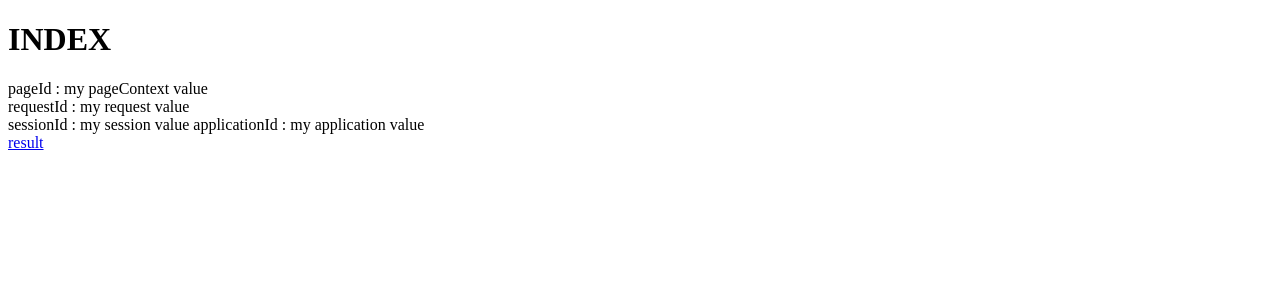
Repository: charamee/Web_kh
Page: http://localhost/Jsp06_Scope/
The author's editor kept a copy of each file at every save. The page is drawn from the files as they stood at one save, then again after the next save.
The browser window is 1280 px wide. The pictures show the whole page.
The page is served by Tomcat 9. Other server files are loaded and not shown.

Above is the page before, as saved 2021-02-23 04:56:49.

### Workspace_WEB/Jsp06_Scope/WebContent/index.jsp
<%@ page language="java" contentType="text/html; charset=UTF-8"
    pageEncoding="UTF-8"%>
<% request.setCharacterEncoding("UTF-8"); %>
<% response.setContentType("text/html; charset=UTF-8"); %>
<!DOCTYPE html>
<html>
<head>
<meta charset="UTF-8">
<title>Insert title here</title>
</head>
<body>
<%
	pageContext.setAttribute("pageId", "my pageContext value");
	request.setAttribute("requestId","my request value");
	session.setAttribute("sessionId", "my session value");
	application.setAttribute("applicationId", "my application value");

%>
	<h1>INDEX</h1>

	pageId : <%=pageContext.getAttribute("pageId") %><br>
	requestId : <%=request.getAttribute("requestId") %> <br>
	sessionId : <%=session.getAttribute("sessionId") %>
	applicationId : <%=application.getAttribute("applicationId") %> <br>

	<a href="result.jsp">result</a>


</body>
</html>

After the next save:
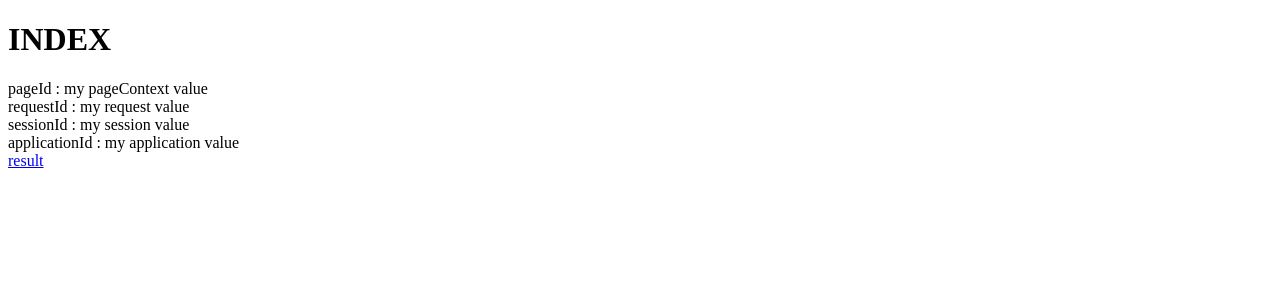
Saved 6 s later.
--- a/Workspace_WEB/Jsp06_Scope/WebContent/index.jsp
+++ b/Workspace_WEB/Jsp06_Scope/WebContent/index.jsp
@@ -19,8 +19,8 @@
 	<h1>INDEX</h1>
 
 	pageId : <%=pageContext.getAttribute("pageId") %><br>
-	requestId : <%=request.getAttribute("requestId") %> <br>
-	sessionId : <%=session.getAttribute("sessionId") %>
+	requestId : <%=request.getAttribute("requestId") %><br>
+	sessionId : <%=session.getAttribute("sessionId") %><br>
 	applicationId : <%=application.getAttribute("applicationId") %> <br>
 
 	<a href="result.jsp">result</a>
